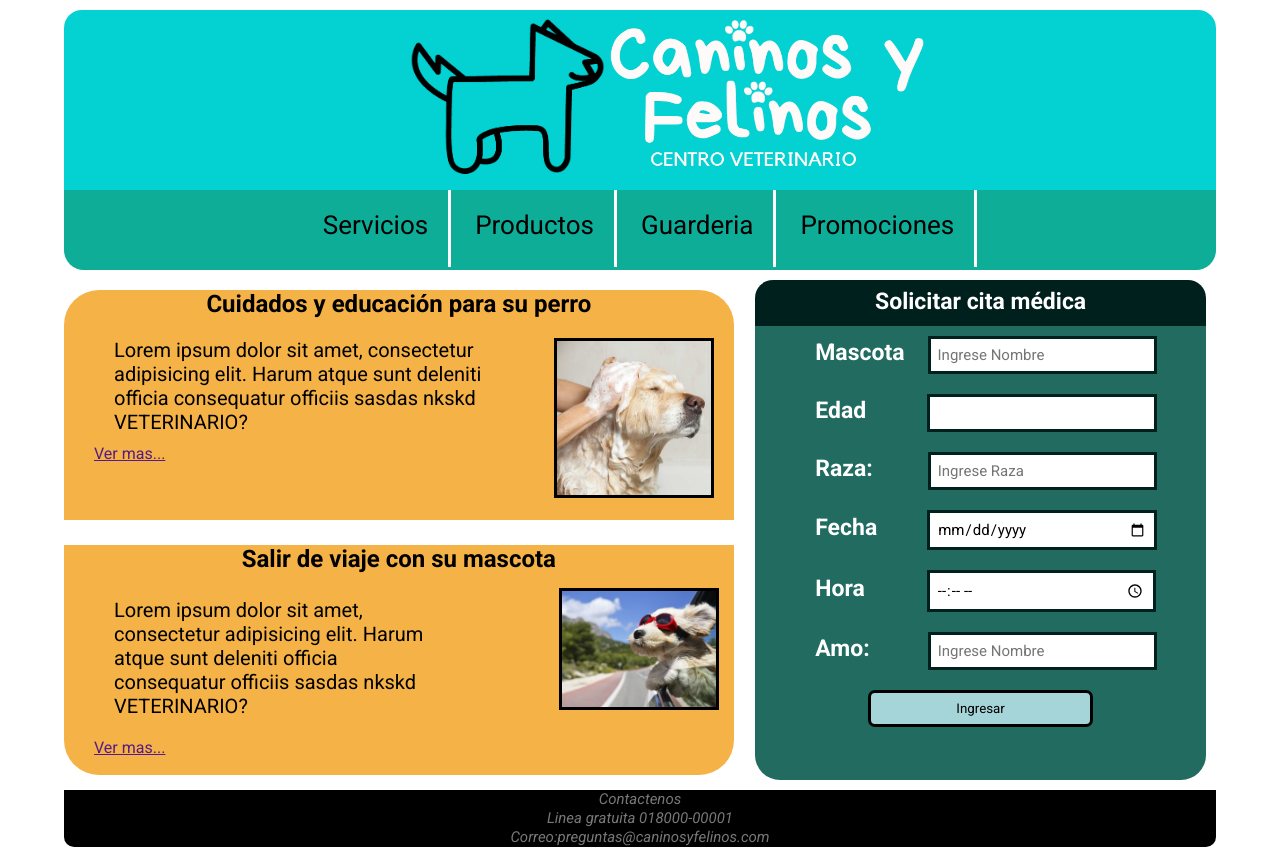
Repository: NickArregoces/Veterinaria
Page: Index.html
The author's editor kept a copy of each file at every save. The page is drawn from the files as they stood at one save, then again after the next save.
The browser window is 1280 px wide. The pictures show the whole page.

Above is the page before, as saved 2021-10-08 20:47:45.

### Index.html
<!DOCTYPE html>
<html lang="en">
<head>
    <meta charset="UTF-8">
    <meta http-equiv="X-UA-Compatible" content="IE=edge">
    <meta name="viewport" content="width=device-width, initial-scale=1.0">
    <title>Canicos y felinos</title>
    <link rel="stylesheet" href="/CSS/Style.css">
    <link href="https://fonts.googleapis.com/css2?family=Roboto:ital,wght@0,100;0,300;0,400;0,500;0,700;0,900;1,100;1,300;1,400;1,500;1,700;1,900&display=swap" rel="stylesheet">
    <link rel="preconnect" href="https://fonts.googleapis.com">
    <link rel="preconnect" href="https://fonts.gstatic.com" crossorigin>
    <link href="https://fonts.googleapis.com/css2?family=Abril+Fatface&display=swap" rel="stylesheet">

</head>
<body>
    <div id="head">
        <header>
            <div class="image">
                <img id="logo" src="/Images/Captura de pantalla 2021-10-04 192824.png" alt="logo">

                <img id="text" src="/Images/logo.png" alt="text">
            </div>
        </header>

        <div class="navegador">
            <ul class="menu">
                <li><a href="#">Servicios</a></li>
                <li><a href="#">Productos</a></li>
                <li><a href="#">Guarderia</a></li>
                <li><a href="#">Promociones</a></li>
            </ul>
        </div>

    </div>
        <div id="Contenido">
            <div class="section">

                <form action="" class="cita">
                    <h3 style="color: rgb(255, 255, 255);">Solicitar cita médica</h3>
                        <div class="Mascota">
                            <h4>Mascota<input type="text" placeholder="Ingrese Nombre" required></h4>
                        </div>

                        <div class="Edad">
                            <h4>Edad<input type="number" required></h4>
                        </div>

                        <div class="Raza">
                            <h4>Raza:<input type="text" placeholder="Ingrese Raza" required></h4>
                        </div>
                        <div class="Fecha">
                            <h4>Fecha<input type="date" placeholder="" required></h4>
                        </div>

                        <div class="Hora">
                            <h4>Hora<input type="time" required></h4>
                        </div>

                        <div class="Amo">
                            <h4>Amo:<input type="text" placeholder="Ingrese Nombre" required></h4>
                        </div>

                    <div class="button">
                        <button class="sumbit"> Ingresar </button>
                    </div>

                </form>
            </div>

            <div id="Cuadros">
                <aside>
                    <div class="Cuidados">
                        <h2 style="color: rgb(0, 0, 0);">Cuidados y educación para su perro</h2>

                        <div id="Prueba">
                            <img id="Prueba" src="/Images/credit.png" alt="">


                            <p>Lorem ipsum dolor sit amet, consectetur adipisicing elit.
                                Harum atque sunt deleniti officia consequatur officiis
                                sasdas nkskd VETERINARIO?</p>

                            <div class="vinculo"><a href="">Ver mas...</a></div>
                        </div>

                    </div>

                    <div class="Viajes">
                        <h2 style="color: rgb(0, 0, 0);">Salir de viaje con su mascota</h2>

                        <div id="Prueba">
                            <img id="Prueba" src="/Images/Wallpaper(80).jpg" alt="">

                            <p>Lorem ipsum dolor sit amet, consectetur adipisicing elit.
                            Harum atque sunt deleniti officia consequatur officiis
                            sasdas nkskd VETERINARIO?</p>

                            <div class="vinculo1"><a href="">Ver mas...</a></div>
                        </div>
                    </div>
                </aside>
            </div>

            <div>
                <footer>
                        <p>Contactenos</p>
                        <p>Linea gratuita 018000-00001</p>
                        <p>Correo:preguntas@caninosyfelinos.com</p>
                </footer>
            </div>
        </div>

</body>
</html>

### CSS/Style.css

*{
    margin: 0 auto;
    padding: 0px;
    list-style:none;
    font-family: 'Roboto', sans-serif;
}
body{
    font-family: Arial, Helvetica, sans-serif;
    background: rgb(255, 255, 255);
    width: 90%;
    color: rgb(0, 0, 0);
}
header{
    width: 100%;
    margin-top: 10px;
    background: #04d1d1;
    border-top-left-radius:  18px;
    border-top-right-radius:  18px;
    height: 180px;
}
    header .image #logo{
        width: 17%;
        margin-left: 30%;
    }
    header .image  #text{
        width: 28%;
    }
div.navegador{
    text-align: center;
}
    ul.menu{
        border-bottom-left-radius: 20px 20px;
        border-bottom-right-radius: 20px 20px;
        background: rgb(14, 173, 152);
        height: 80px;
        list-style: none;
        padding: 0;
        max-width: 10000px;
    }
    .menu li a{
        height: 37px;
        font-size: 26px;
        margin-right: 1px;
        text-decoration: none;
        color:black;
        padding: 20px;
        display: table-cell;
    }
    .menu li {
        border-right: solid white;
        display: inline-block;
        }
    .menu li a:hover{
        background: #242323b6;
        color: white;
        }

.section{
    width: 40%;
    float: right;
}
    form{
        background: rgb(33, 107, 97);
        border-radius: 25px;
        margin-top: 10px;
        margin-right:10px;
        margin-bottom: 10px;
        height: 500px;
    }
        form h3{
            font-size: 23px;
            text-align: center;
            background: rgb(0, 32, 29);
            height: 30px;
            padding: 8px;
            border-top-left-radius: 18px;
            border-top-right-radius: 18px;
        }
        form h4{
            font-size: 23px;
            padding: 10px;
            margin-left: 50px;
            color: rgb(255, 255, 255);

        }
        form input{
            font-size: 15px;
            width: 55%;
            padding: 7px;
            display: inline;
            border: solid rgb(0, 32, 29);
            margin-left: 10px;
        }
        div.Mascota input {
            margin-left: 23px;
        }
        div.Edad input {
            margin-left: 61px;
        }
        div.Raza input {
            margin-left: 55px;
        }
        div.Fecha input {
            margin-left: 50px;
        }
        div.Hora input {
            margin-left: 62px;
        }
        div.Amo input {
            margin-left: 58px;
        }
        div.button{
            margin-top: 10px;
            margin: auto;
            text-align: center;
            width: 50%;
            cursor: pointer;
        }
        button{
            margin-top: 10px;
            width: 100%;
            padding: 8px;
            background:#A5D5D8;
            border-radius: 7px;
            border: solid black;
            cursor: pointer;

        }
        button:hover{
            background: #000000b6;
            color: rgb(255, 255, 255);
        }
aside{
    width: 59%;
    height: 500px;
    margin-top: 10px;
    float: left;
    margin-bottom: 10px;
}
    div.Cuidados{
        height: 230px;
        border-top-left-radius: 35px;
        border-top-right-radius: 35px;
        margin-top: 10px;
        margin-right: 10px;
        background:#f5b246;
        overflow:hidden;
    }
    /*Centrado Imagenes aside*/
    #Prueba{
        float: right;
    }
        div.Cuidados h2{
            text-align: center;
        }
        div.Cuidados img {
            margin: 20px;
            width: 23%;
            border: solid black;
        }
        /*Efecto Imagenes aside*/
        div #Prueba img:hover{
            -webkit-transform:scale(0.9);
            transform:scale(0.9);
        }
        div.Cuidados p{
            font-size: 20px;
            margin-top: 20px;
            margin-left: 50px;
            width: 60%;
            display: inline-block;
        }
        div.Cuidados a{
            position: absolute;
            margin-left: 30px;
            margin-top: 10px;
        }

    div.Viajes {
        height: 230px;
        border-bottom-right-radius: 35px;
        border-bottom-left-radius: 35px;
        margin-top: 25px;
        margin-right: 10px;
        background:#f5b246;
        overflow: hidden;
    }
        div.Viajes h2{
            text-align: center;
        }
        div.Viajes img {
            width: 23%;
            margin: 15px;
            border: solid black;
        }
        div.Viajes p{
            font-size: 20px;
            margin-top: 25px;
            margin-left: 50px;
            width: 50%;
            display: inline-block;
        }
        div.vinculo1 a{
            position: absolute;
            margin-left: 30px;
            margin-top: 20px;
        }

footer{
    background: black;
    clear: both;
    border-bottom-left-radius: 10px;
    border-bottom-right-radius: 10px;
}
    footer p{
        font-size: 15px;
        text-align: center;
        line-height: 15px;
        color: rgb(121, 119, 119);
        font-style:italic;
        padding: 2px;
    }

After the next save:
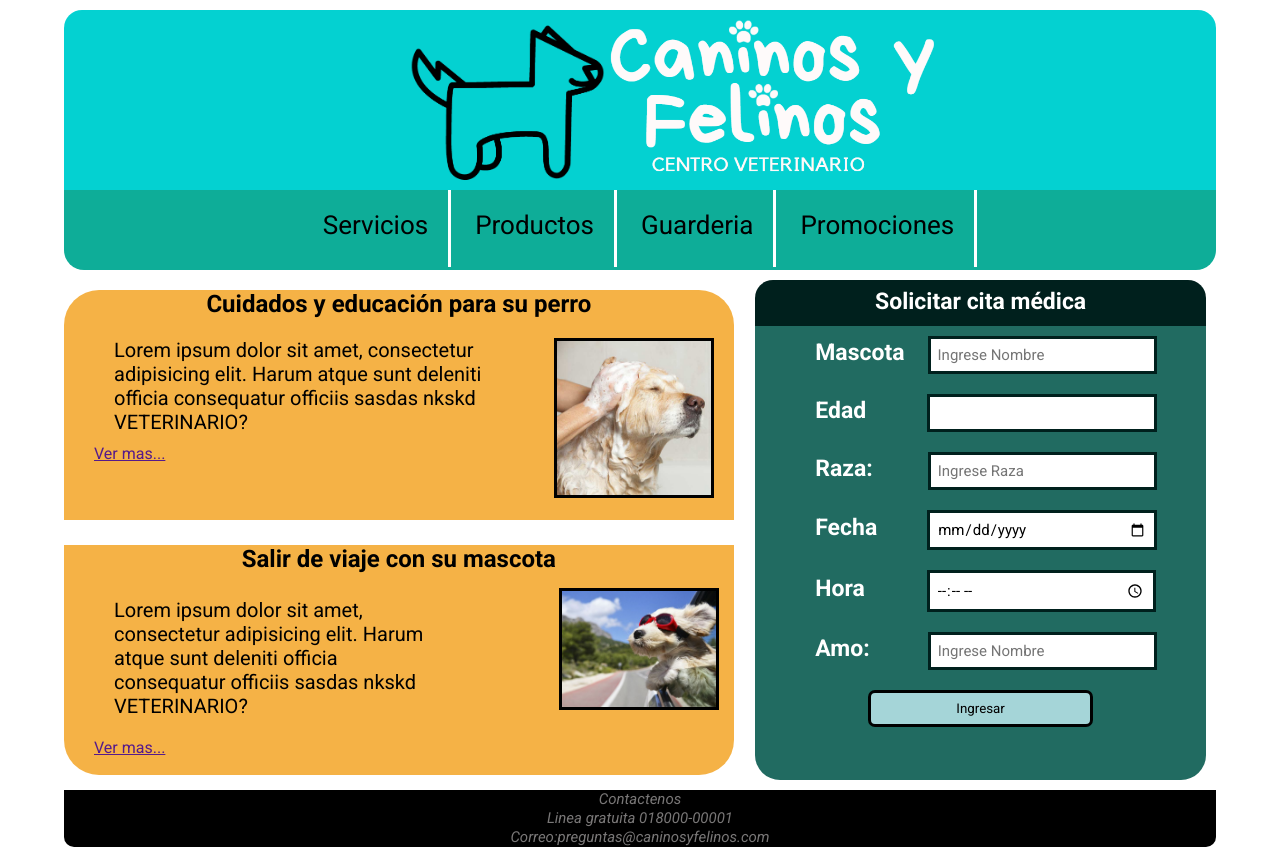
Saved 6 s later.
--- a/CSS/Style.css
+++ b/CSS/Style.css
@@ -24,7 +24,7 @@
         margin-left: 30%;
     }
     header .image  #text{
-        width: 28%;
+        width: 29%;
     }
 div.navegador{
     text-align: center;

After the save that followed:
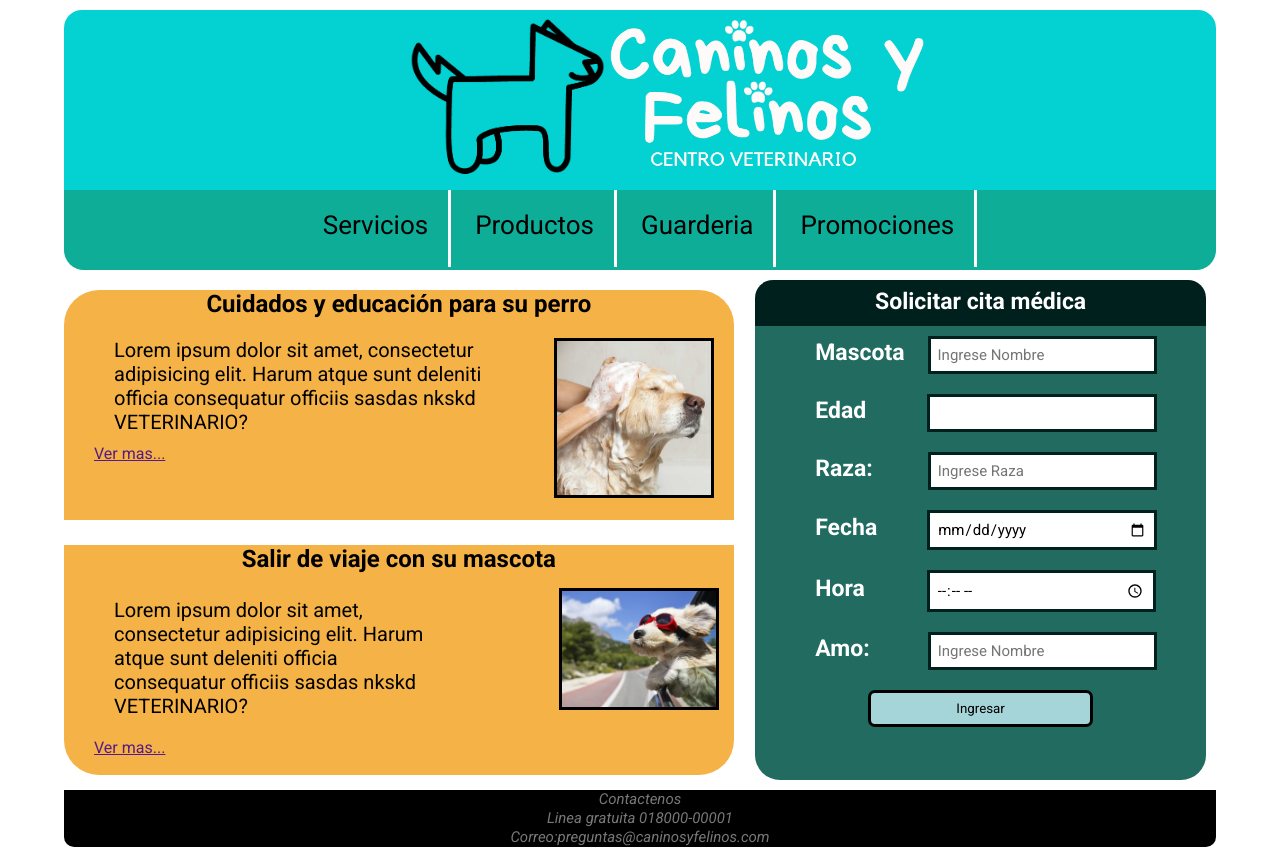
Saved 5 s later.
--- a/CSS/Style.css
+++ b/CSS/Style.css
@@ -24,7 +24,7 @@
         margin-left: 30%;
     }
     header .image  #text{
-        width: 29%;
+        width: 28%;
     }
 div.navegador{
     text-align: center;
